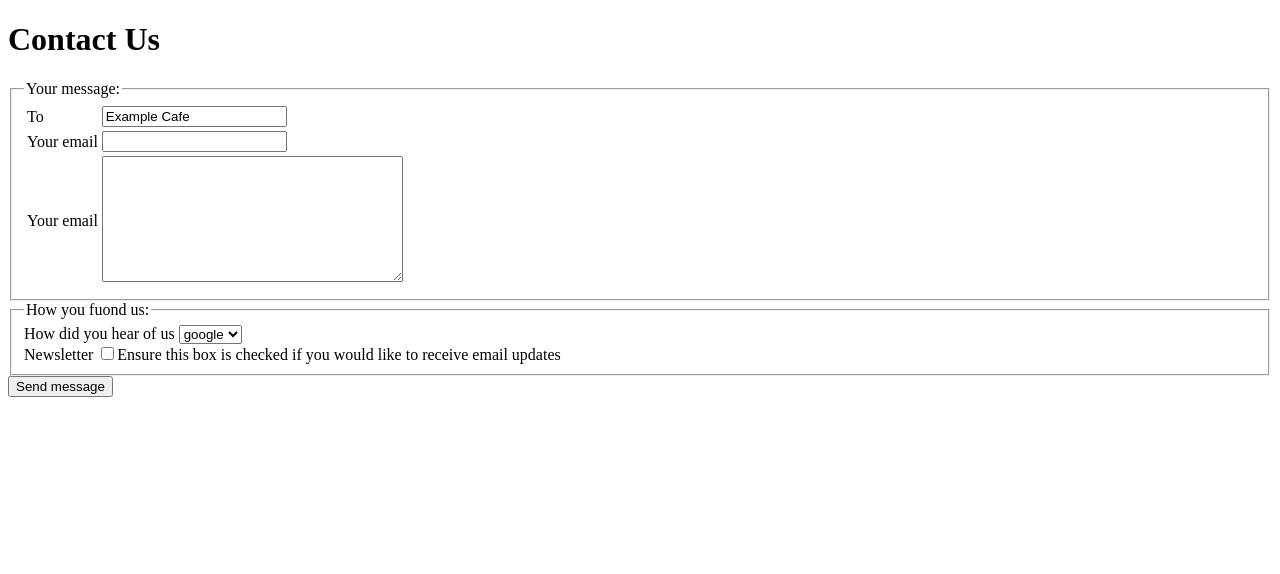
Repository: PhamChiXuan1/HTCNW_tuan3_DHCNTT16C_PhamChiXuan_20030131
Page: bt15.html
These files come from the project's save history. The page is drawn as it stood at one moment and after the next save; the edit follows.
The browser window is 1280 px wide. The pictures show the whole page.

Above is the page before, as saved 2022-02-28 12:08:42.

### bt15.html
<!DOCTYPE html>
<html lang="en">
<head>
    <meta charset="UTF-8">
    <meta http-equiv="X-UA-Compatible" content="IE=edge">
    <meta name="viewport" content="width=device-width, initial-scale=1.0">
    <title>Document</title>
</head>
<body>
    <H1>Contact Us</H1>
    <fieldset>
        <legend>Your message:</legend>
        <table>
            <tr>
                <td><table for="emailTo">To</table></td>
                <td><input type="text" name="txtTo" id="emailTo"  size="20" value="Example Cafe"></td>
            </tr>
            <tr>
                <td><table for="emailFrom">Your email</table></td>
                <td><input type="text" name="txtTo" id="emailFrom"  size="20" value=""></td>
            </tr>
            <tr>
                <td><table for="emailBody">Your email</table></td>
                <td><textarea name="" id="emailBody" cols="35" rows="8"></textarea></td>
            </tr>
        </table>
    </fieldset>
    <fieldset>
        <legend>How you fuond us:</legend>
        <tr>
            <td>
                How did you hear of us
            <td>
                <select>
                    <option>google</option>
                </select></td>
            </td>
        </tr>
        <br>
        <tr>
            <td>Newsletter</td>
            <td>
                <input type="checkbox" value="Checkbox">Ensure this box is checked if you would like to receive email updates
            </td>
        </tr>
    </fieldset>
    <form>
        <input type="submit" value="Send message">
    </form>
</body>
</html>

After the next save:
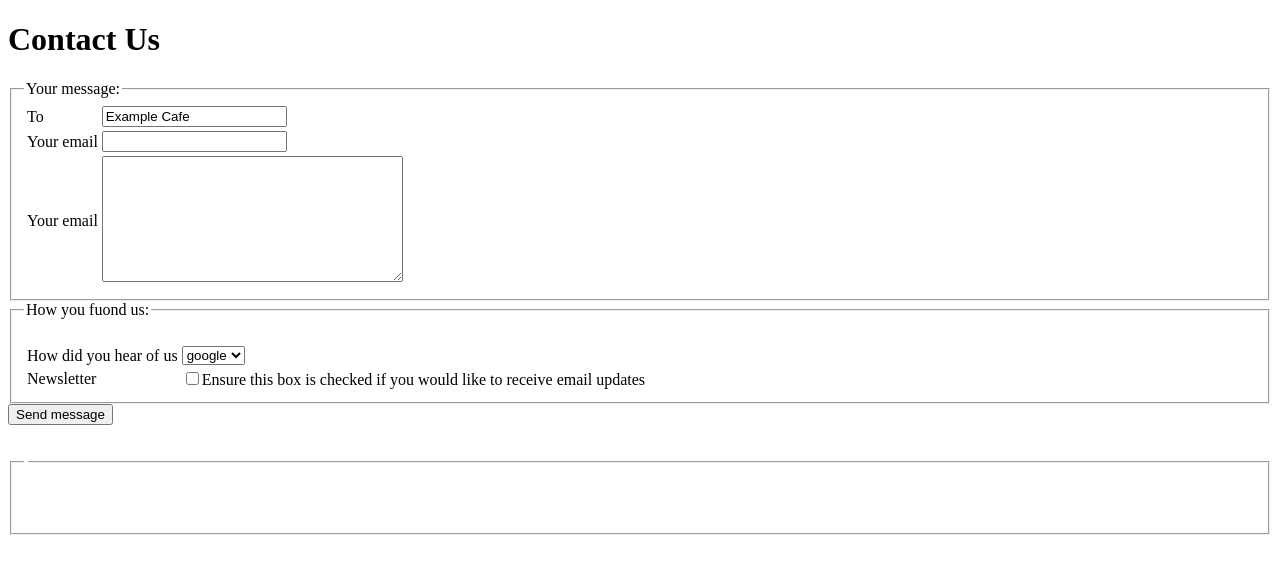
Saved 2 min 59 s later.
--- a/bt15.html
+++ b/bt15.html
@@ -27,25 +27,46 @@
     </fieldset>
     <fieldset>
         <legend>How you fuond us:</legend>
-        <tr>
-            <td>
-                How did you hear of us
-            <td>
-                <select>
-                    <option>google</option>
-                </select></td>
-            </td>
-        </tr>
-        <br>
-        <tr>
-            <td>Newsletter</td>
-            <td>
-                <input type="checkbox" value="Checkbox">Ensure this box is checked if you would like to receive email updates
-            </td>
-        </tr>
+        <table>
+            <tr>
+                <td>
+                    How did you hear of us
+                <td>
+                    <select>
+                        <option>google</option>
+                    </select></td>
+                </td>
+            </tr>
+            <br>
+            <tr>
+                <td>Newsletter</td>
+                <td>
+                    <input type="checkbox" value="Checkbox">Ensure this box is checked if you would like to receive email updates
+                </td>
+            </tr>
+        </table>
     </fieldset>
     <form>
         <input type="submit" value="Send message">
     </form>
+    <br>
+    <br>
+    <fieldset>
+        <legend>
+
+        </legend>
+        <br>
+        <legend>
+
+        </legend>
+        <br>
+        <legend>
+
+        </legend>
+        <br>
+        <legend>
+
+        </legend>
+    </fieldset>
 </body>
 </html>
